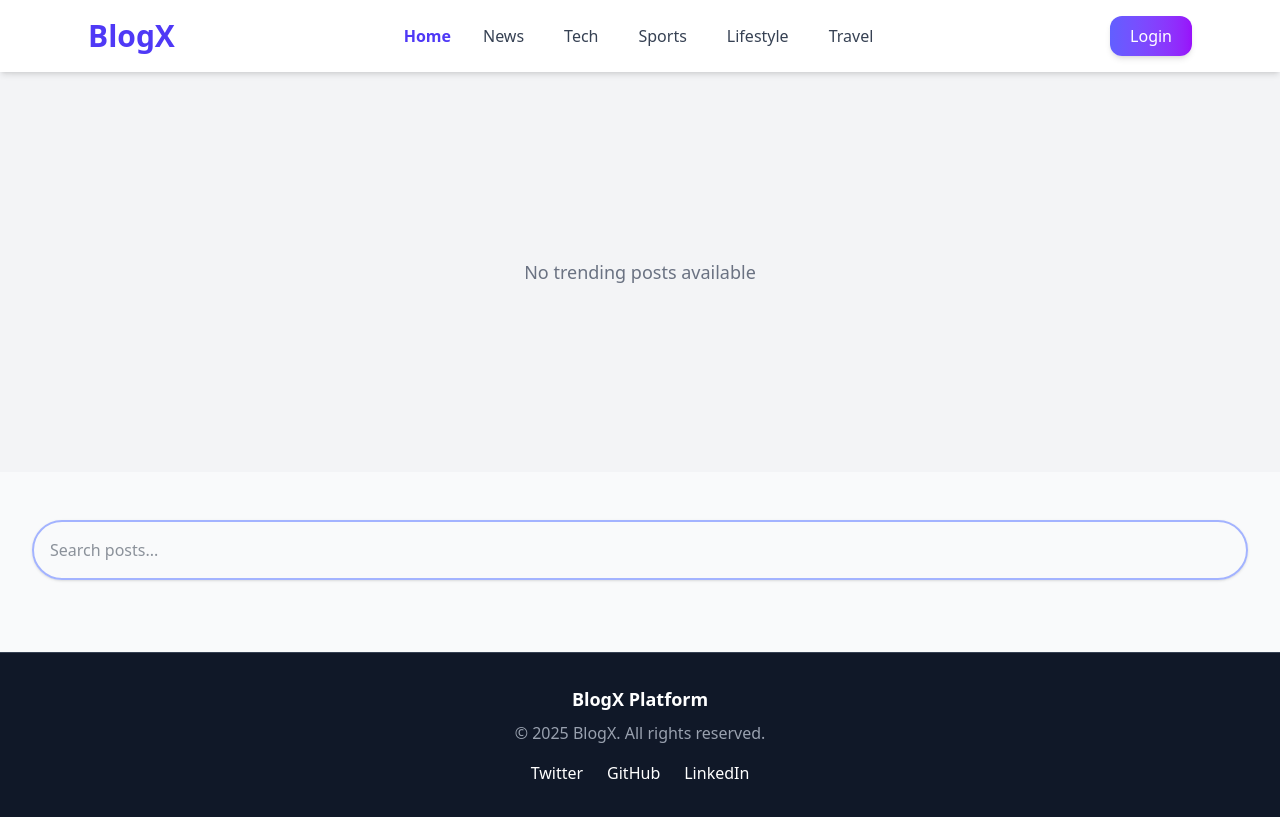
Repository: kundanchouhan12/BlogX
Page: / (app in blogx-Frontend/)
The author's editor kept a copy of each file at every save. The page is drawn from the files as they stood at one save, then again after the next save.
The browser window is 1280 px wide. The pictures show the whole page.
The page's requests for data from a server got no answer. The project was rebuilt for these pictures with package versions that can differ from the ones it lists, and the page was loaded fresh each time. No one was signed in, and anything a server would have sent is missing. Also part of the build but not shown: blogx-Frontend/vite.config.js, blogx-Frontend/src/pages/Login.jsx, blogx-Frontend/src/pages/Signup.jsx, blogx-Frontend/src/pages/CreatePost.jsx, blogx-Frontend/src/components/PrivateRoute.jsx, blogx-Frontend/src/pages/BlogDetails.css, blogx-Frontend/src/pages/BlogDetails.jsx, blogx-Frontend/src/pages/EditPost.jsx.

Above is the page before, as saved 2025-09-19 20:06:37.

After the next save:
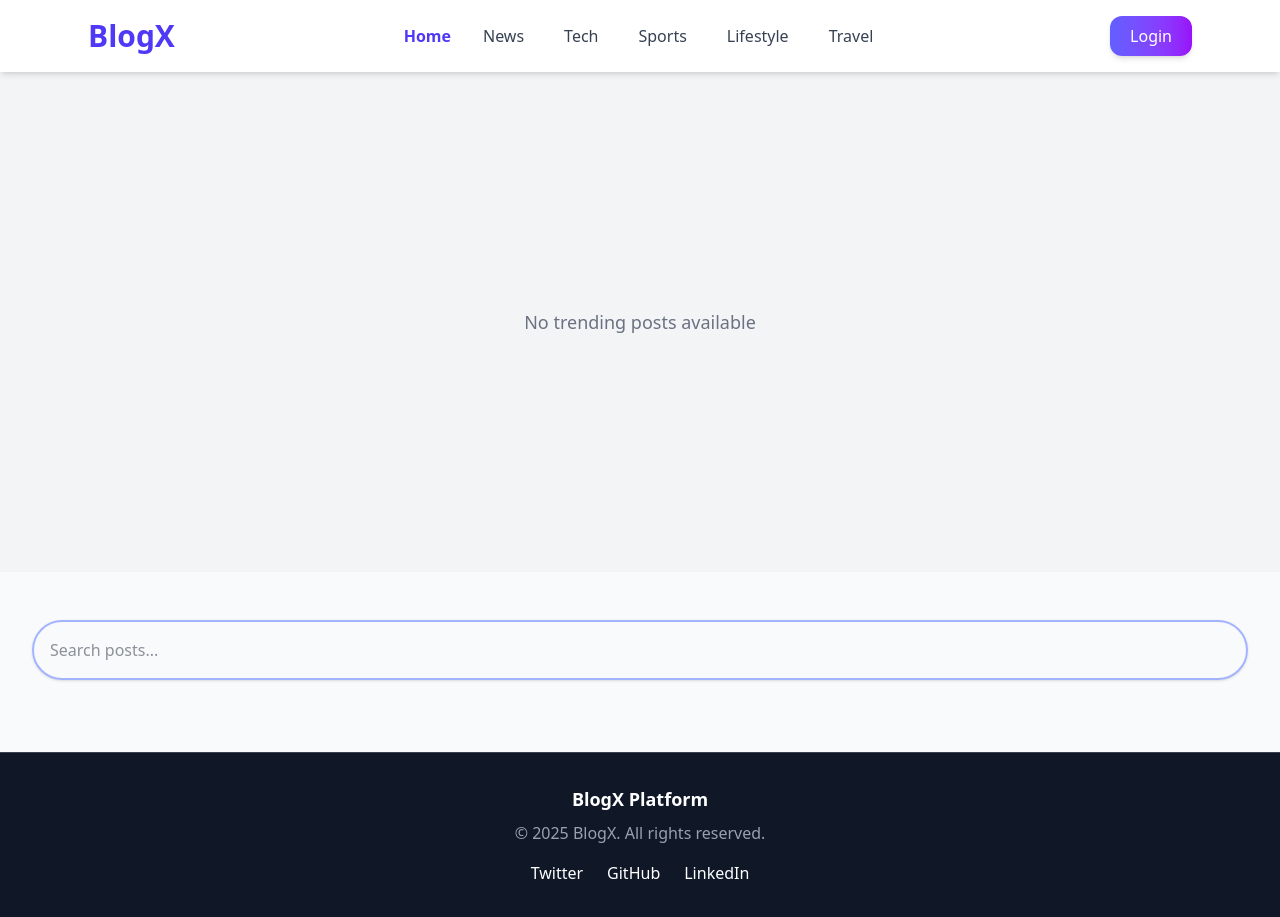
Saved 2 min 43 s later.
--- a/blogx-Frontend/src/pages/Home.jsx
+++ b/blogx-Frontend/src/pages/Home.jsx
@@ -45,7 +45,7 @@ export default function Home() {
 
     if (!posts || posts.length === 0) {
       return (
-        <div className="h-[400px] flex items-center justify-center bg-gray-100">
+        <div className="h-[300px] sm:h-[400px] md:h-[500px] flex items-center justify-center bg-gray-100">
           <p className="text-gray-500 text-lg">No trending posts available</p>
         </div>
       );
@@ -54,7 +54,7 @@ export default function Home() {
     const post = posts[current];
 
     return (
-      <div className="relative w-full h-[500px] overflow-hidden rounded-xl shadow-2xl transition-all duration-700 ease-in-out">
+      <div className="relative w-full h-[300px] sm:h-[400px] md:h-[500px] overflow-hidden rounded-xl shadow-2xl transition-all duration-700 ease-in-out">
         <img
           src={post.imageUrl || "https://via.placeholder.com/1200x500"}
           alt={post.title}
@@ -62,22 +62,22 @@ export default function Home() {
         />
         <div className="absolute inset-0 bg-gradient-to-t from-black via-black/60 to-transparent"></div>
 
-        <div className="relative z-10 flex flex-col justify-center h-full max-w-4xl mx-auto px-6 text-white">
-          <span className="bg-indigo-600 px-4 py-1 rounded-full text-sm font-semibold w-fit mb-4 shadow-md">
+        <div className="relative z-10 flex flex-col justify-center h-full max-w-4xl mx-auto px-4 sm:px-6 text-white text-center sm:text-left">
+          <span className="bg-indigo-600 px-4 py-1 rounded-full text-sm font-semibold w-fit mb-4 shadow-md mx-auto sm:mx-0">
             {post.username || post.user?.username || "Anonymous"}
           </span>
 
-          <h1 className="text-4xl md:text-5xl font-extrabold leading-tight drop-shadow-xl">
+          <h1 className="text-3xl sm:text-4xl md:text-5xl font-extrabold leading-tight drop-shadow-xl">
             {post.title}
           </h1>
 
-          <p className="mt-4 text-lg text-indigo-100 max-w-2xl line-clamp-3">
+          <p className="mt-4 text-base sm:text-lg text-indigo-100 max-w-2xl mx-auto sm:mx-0 line-clamp-3">
             {post.content}
           </p>
 
           <Link
             to={`/posts/${post.id}`}
-            className="mt-6 inline-flex items-center gap-2 bg-white text-indigo-700 font-bold px-6 py-3 rounded-full shadow-lg hover:scale-105 hover:bg-indigo-100 transition-transform"
+            className="mt-6 inline-flex items-center gap-2 bg-white text-indigo-700 font-bold px-6 py-3 rounded-full shadow-lg hover:scale-105 hover:bg-indigo-100 transition-transform mx-auto sm:mx-0"
           >
             Read Full Story <FaArrowRight />
           </Link>
@@ -104,20 +104,20 @@ export default function Home() {
         <HeroSlider posts={trendingPosts} />
 
         <div className="max-w-7xl mx-auto px-4 sm:px-6 lg:px-8 w-full mt-12">
-          <div className="flex flex-col md:flex-row gap-4 mb-6">
+          <div className="flex flex-col md:flex-row gap-4 mb-6 w-full">
             <input
               type="text"
               placeholder="Search posts..."
               value={search}
               onChange={(e) => {
                 setSearch(e.target.value);
-                setCurrentPage(1); // Reset to first page on search
+                setCurrentPage(1);
               }}
               className="w-full p-4 border-2 border-indigo-300 rounded-full shadow-sm focus:outline-none focus:ring-2 focus:ring-indigo-500 transition"
             />
           </div>
 
-          <div className="grid grid-cols-1 sm:grid-cols-2 lg:grid-cols-3 gap-8">
+          <div className="grid grid-cols-1 sm:grid-cols-2 lg:grid-cols-3 gap-6 sm:gap-8">
             {displayedPosts.map((post) => (
               <div
                 key={post.id}
@@ -126,11 +126,11 @@ export default function Home() {
                 <img
                   src={post.imageUrl || "https://via.placeholder.com/400x200"}
                   alt={post.title}
-                  className="w-full h-40 object-cover"
+                  className="w-full h-40 sm:h-48 md:h-56 object-cover"
                 />
                 <div className="p-4 flex flex-col justify-between flex-grow">
                   <div>
-                    <h2 className="text-lg font-bold text-indigo-800 hover:underline transition">
+                    <h2 className="text-lg font-bold text-indigo-800 hover:underline transition line-clamp-2">
                       {post.title}
                     </h2>
                     <p className="text-gray-600 mt-2 text-sm line-clamp-3">
